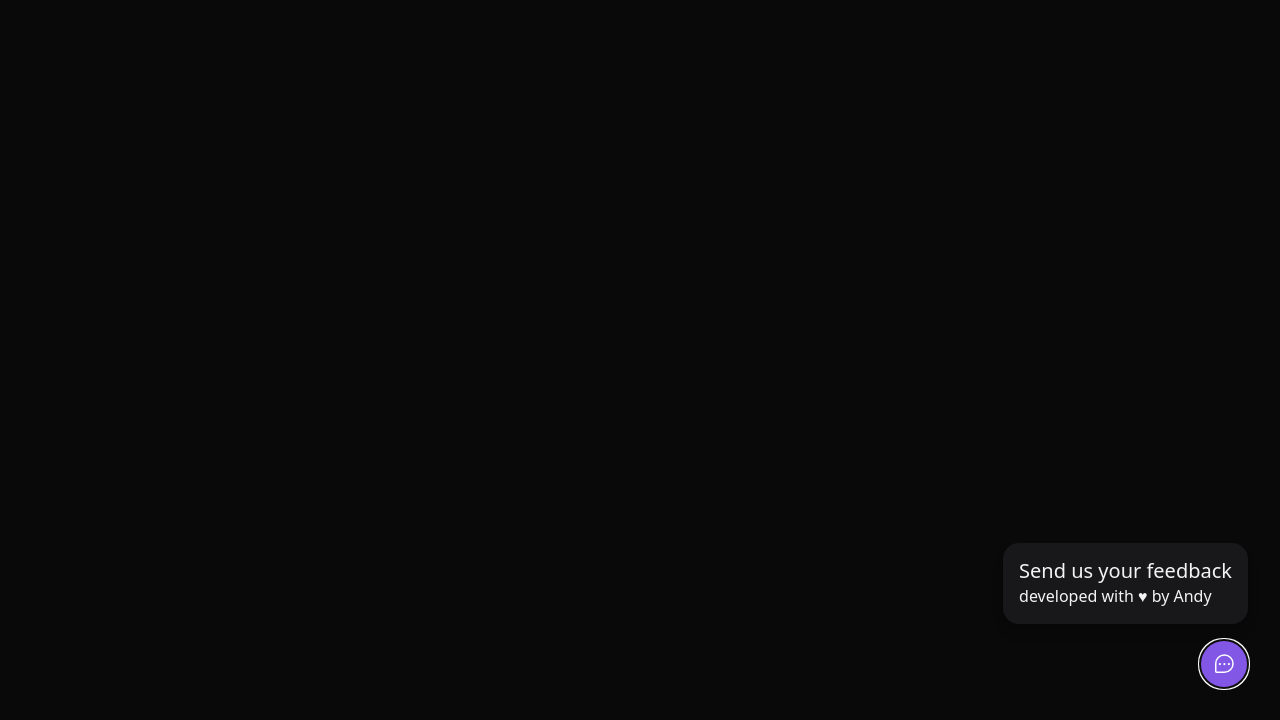
Repository: andynadvorny/feedget-web
Page: /, after clicking the first element matching `#headlessui-popover-button-\:r8\:`
The author's editor kept a copy of each file at every save. The page is drawn from the files as they stood at one save, then again after the next save.
The browser window is 1280 px wide. The pictures show the whole page.
The project was rebuilt for these pictures with package versions that can differ from the ones it lists, and the page was loaded fresh each time. Also part of the build but not shown: vite.config.ts.

Above is the page before, as saved 2022-05-03 12:22:03.

### src/App.tsx
import { Widget } from './components/Widget'

export function App() {
  return (
    <Widget />
  )
}

### src/components/Widget.tsx
import { ChatTeardropDots } from 'phosphor-react'
import { Popover } from '@headlessui/react'
import { WidgetForm } from './WidgetForm'

export function Widget() {

  return (
    <Popover className="absolute bottom-4 right-4 md:bottom-8 md:right-8 flex flex-col items-end">
      <Popover.Panel>
        <WidgetForm />
      </Popover.Panel>
      <Popover.Button
        className="bg-brand-500 text-white rounded-full px-3 h-12 flex items-center group"
      >
        <ChatTeardropDots className="w-6 h-6" />

        <span className="max-w-0 overflow-hidden group-hover:max-w-xs transition-all duration-500 ease-linear">
          <span className="pl-2"></span>
          Feedback
        </span>
      </Popover.Button>
    </Popover>
  )
}

### src/components/WidgetForm.tsx
export function WidgetForm() {
  return (
    <div
      className="bg-zinc-900 p-4 relative rounded-2xl mb-4 flex-col items-center shadow-lg w-[calc(100vw-2rem)] md:w-auto"
    >
      <header>
        <span className="text-xl leading-6">Send us your feedback</span>
      </header>
      <footer>developed with ♥ by Andy</footer>
    </div>
  )
}

### tailwind.config.js
module.exports = {
  content: ["./src/**/*.tsx"],
  theme: {
    extend: {
      colors: {
        brand: {
          500: '#8257E6'
        }
      }
    },
  },
  plugins: [],
}

Loaded but not shown: index.html (common file); src/main.tsx (common file); src/global.css (common file)

After the next save:
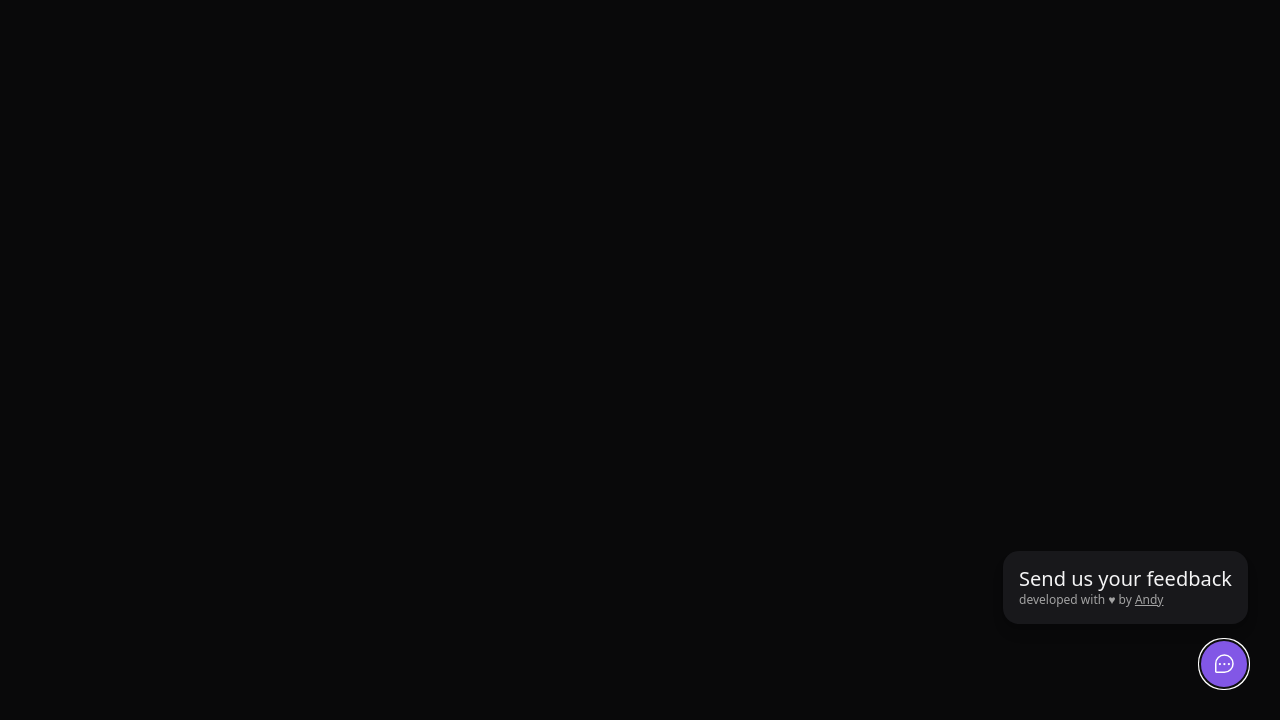
Saved 72 s later.
--- a/src/components/WidgetForm.tsx
+++ b/src/components/WidgetForm.tsx
@@ -6,7 +6,9 @@ export function WidgetForm() {
       <header>
         <span className="text-xl leading-6">Send us your feedback</span>
       </header>
-      <footer>developed with ♥ by Andy</footer>
+      <footer className="text-xs text-neutral-400">
+        developed with ♥ by <a className="underline" href="https://github.com/andynadvorny">Andy</a>
+      </footer>
     </div>
   )
 }
